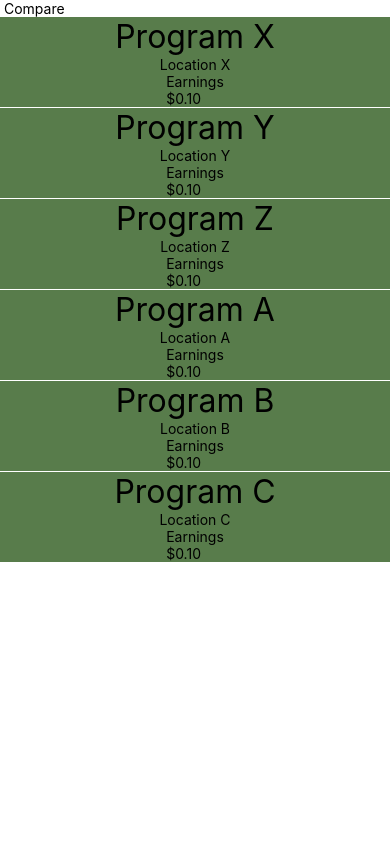
Repository: ct-pham/COMP4511
Screen: / (app in comp4511/)
An editor plug-in stored every save of this project. The screen is shown before and after the next save, followed by the edit.
The app was drawn by React Native's web renderer in a window 390 px wide. The project was rebuilt for these pictures with package versions that can differ from the ones it lists, and the page was loaded fresh each time. Also part of the build but not shown: comp4511/Components/Homepage.js, comp4511/Components/AllEarnings.js, comp4511/Components/ProgramEarnings.js, comp4511/Components/Register.js, comp4511/Components/Login.js.

Above is the screen before, as saved 2022-11-09 18:48:13.

After the next save:
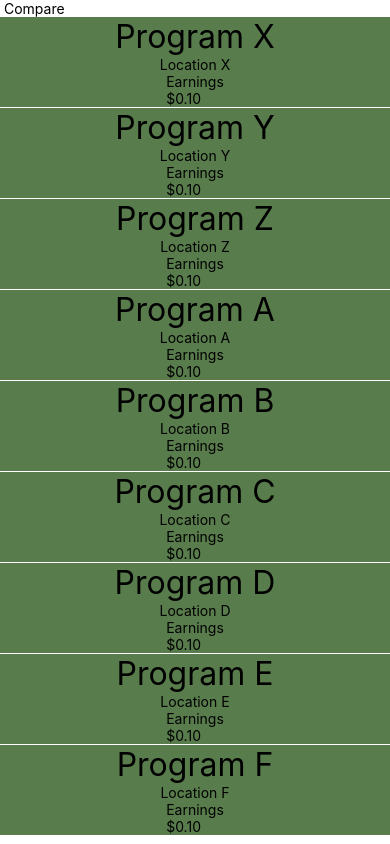
Saved 44 s later.
--- a/comp4511/Components/compareProgram/ProgramDetails.js
+++ b/comp4511/Components/compareProgram/ProgramDetails.js
@@ -45,6 +45,28 @@ export default [
         location: 'Location C',
         Earning: 'Earnings',
         Total: '$0.10',
-    }
+    },
+    {
+        id: '7',
+        title: 'Program D',
+        location: 'Location D',
+        Earning: 'Earnings',
+        Total: '$0.10',
+    },
+    {
+        id: '8',
+        title: 'Program E',
+        location: 'Location E',
+        Earning: 'Earnings',
+        Total: '$0.10',
+    },
+    {
+        id: '9',
+        title: 'Program F',
+        location: 'Location F',
+        Earning: 'Earnings',
+        Total: '$0.10',
+    },
+
 
 ]
